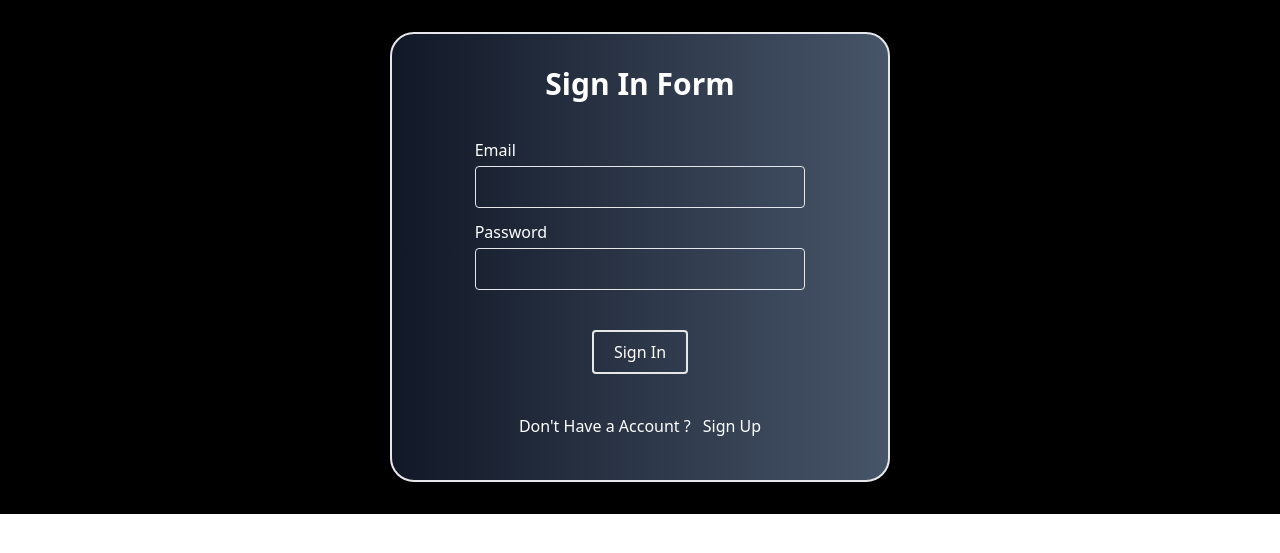
Repository: OmkarTidke8080/Assessment
Page: /sign-in (app in frontend/)
These files come from the project's save history. The page is drawn as it stood at one moment and after a run of saves; the edit follows.
The browser window is 1280 px wide. The pictures show the whole page.
The project was rebuilt for these pictures with package versions that can differ from the ones it lists, and the page was loaded fresh each time. Also part of the build but not shown: frontend/vite.config.js, frontend/src/components/HomePage.jsx, frontend/src/components/SignUp.jsx.

Above is the page before, as saved 2024-10-19 22:23:24.

### frontend/src/App.jsx
import { useEffect, useState } from "react";
import "./App.css";
import LandingPage from "./components/HomePage.jsx";
import SignUp from "./components/SignUp.jsx";
import { BrowserRouter, Routes, Route } from "react-router-dom";
import ScaleLoader from "react-spinners/ScaleLoader";
import SignIn from "./components/SignIn.jsx";

function App() {
  const [isLoading, setIsLoading] = useState(true);

  useEffect(() => {
    const timer = setTimeout(() => {
      setIsLoading(false);
    }, 2000);

    return () => clearTimeout(timer);
  });
  return (
    <>
      {isLoading ? (
        <div
          style={{
            display: "flex",
            justifyContent: "center",
            alignItems: "center",
            height: "100vh",
            backgroundColor: "#fff",
          }}
        >
          {" "}
          <ScaleLoader />
        </div>
      ) : (
        <BrowserRouter>
          <Routes>
            <Route path={"/"} element={<LandingPage />} />
            <Route path={"/sign-up"} element={<SignUp />} />
            <Route path={"/sign-in"} element={<SignIn />} />
          </Routes>
        </BrowserRouter>
      )}
    </>
  );
}

export default App;

### frontend/src/App.css
#root {
  margin: 0 auto;
  padding: 2rem;
  text-align: center;
  background: #000;

}

.logo {
  height: 6em;
  padding: 1.5em;
  will-change: filter;
  transition: filter 300ms;
}
.logo:hover {
  filter: drop-shadow(0 0 2em #646cffaa);
}
.logo.react:hover {
  filter: drop-shadow(0 0 2em #61dafbaa);
}

@keyframes logo-spin {
  from {
    transform: rotate(0deg);
  }
  to {
    transform: rotate(360deg);
  }
}

@media (prefers-reduced-motion: no-preference) {
  a:nth-of-type(2) .logo {
    animation: logo-spin infinite 20s linear;
  }
}

.card {
  padding: 2em;
}

.read-the-docs {
  color: #888;
}

### frontend/src/components/SignIn.jsx
import React from 'react'

function SignIn() {
    return (
      <div className="flex justify-center items-center">
          <div className="form h-[450px] w-[500px] border-2 rounded-3xl text-white  bg-gradient-to-r from-gray-900 to-slate-600 ">
            <div className="form-heading text-center mt-8 mb-6">
              <h1 className="text-3xl font-bold text-white mb-2">
                Sign In Form
              </h1>
            </div>
            <form>
              <div className="flex justify-center">
                <div className="w-2/3">
                  <div className="mt-3">
                    <label htmlFor="email" className=" flex mb-1">
                      Email
                    </label>
                    <input
                      type="text"
                      id="email"
                      className="text-white bg-inherit w-full flex border rounded p-2"
                      required
                    />
                  </div>

                  <div className="mt-3 w-full">
                    <label htmlFor="username" className=" flex mb-1">
                      Password
                    </label>
                    <input
                      type="text"
                      id="FistName"
                      className="text-white bg-inherit w-full flex border rounded p-2"
                      required
                    />
                  </div>
                </div>
              </div>

              <div className="sign-up-button m-10">
                <button className="border-2 rounded p-2 w-24 hover:border-green-700 ">
                  Sign In
                </button>
              </div>
              <div className="AlreadyAccount flex justify-center gap-x-3">
                <h2>Don't Have a Account ?</h2>
                <button>Sign Up</button>
              </div>
            </form>
          </div>
      </div>
    );
}

export default SignIn

Loaded but not shown: frontend/index.html (common file); frontend/src/main.jsx (common file); frontend/src/index.css (common file); frontend/tailwind.config.js (common file)

After the next 3 saves:
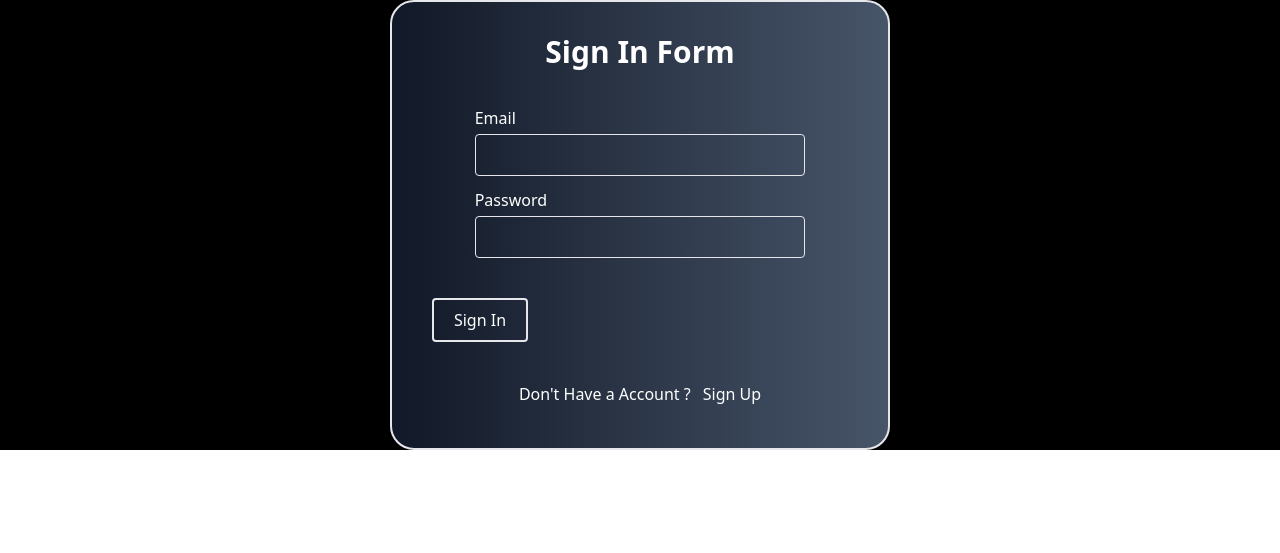
The 3 saves are shown as one change because they came seconds apart.
The last was saved 9 s later.
--- a/frontend/src/App.css
+++ b/frontend/src/App.css
@@ -1,7 +1,4 @@
 #root {
-  margin: 0 auto;
-  padding: 2rem;
-  text-align: center;
   background: #000;
 
 }
